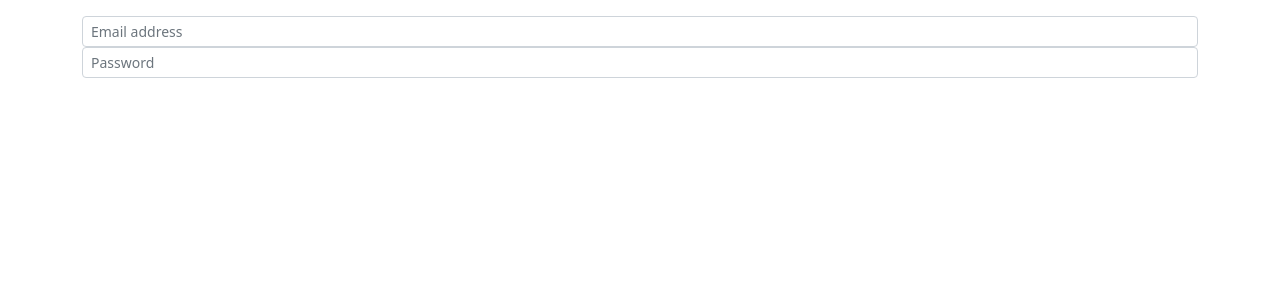
Repository: NPhanA/React2022
Page: / (app in Day 03-React/exercise/)
These files come from the project's save history. The page is drawn as it stood at one moment and after the next save; the edit follows.
The browser window is 1280 px wide. The pictures show the whole page.
The project was rebuilt for these pictures with package versions that can differ from the ones it lists, and the page was loaded fresh each time. Also part of the build but not shown: Day 03-React/exercise/src/App.css, Day 03-React/exercise/src/App.js, Day 03-React/exercise/src/Components/UserAgent.js, Day 03-React/exercise/src/Components/ProfileCard.js.

Above is the page before, as saved 2022-07-26 17:02:17.

After the next save:
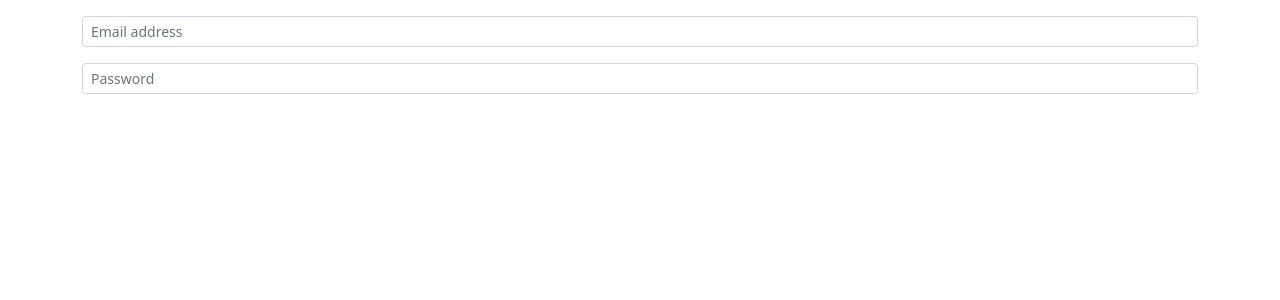
Saved 4 s later.
--- a/Day 03-React/exercise/src/Components/SignInForm.js
+++ b/Day 03-React/exercise/src/Components/SignInForm.js
@@ -3,7 +3,7 @@ function SignInForm() {
         <div className="container">
             <div className="row">
                 <div className="col-xs-12 col-xxl-3">
-                <input type="email" className="form-control form-control-sm mt-3" placeholder="Email address" required></input>
+                <input type="email" className="form-control form-control-sm mt-3 mb-3" placeholder="Email address" required></input>
                 <input type="password" className="form-control form-control-sm" placeholder="Password" required></input>
                 </div>
             </div>
